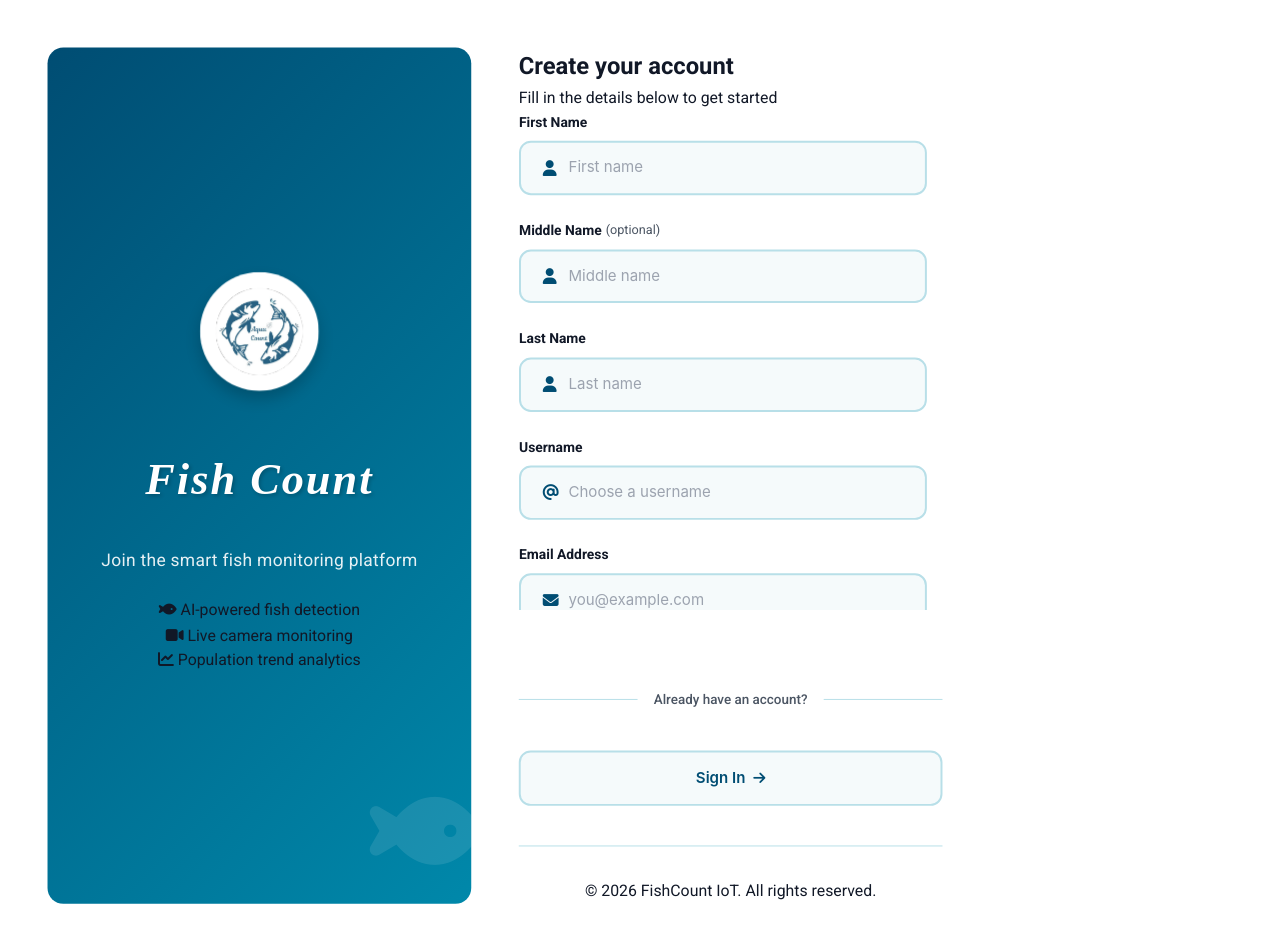
Repository: justinemaesamoranos-sudo/Fish-Counting
Page: http://localhost/register
The author's editor kept a copy of each file at every save. The page is drawn from the files as they stood at one save, then again after the next save.
The browser window is 1280 px wide. The pictures show the whole page, at 99% of full size.
An inner scrolling area shows only its first screen. Some web fonts or font styles are not loaded; a fallback is used. The page is served by the project's Laravel application, run on PHP 8.4 with Laravel 10. Other server files are loaded and not shown.

Above is the page before, as saved 2026-03-26 12:52:24.

### routes/web.php
<?php

use Illuminate\Support\Facades\Route;
use App\Http\Controllers\AuthController;
use App\Http\Controllers\DashboardController;
use App\Http\Controllers\ProfileController;
use App\Http\Controllers\LiveCameraController;
use App\Http\Controllers\FishCountController;

// Default to login
Route::get('/', function () {
    return view('Authentication.login');
});

// Register routes
Route::get('/register', [AuthController::class, 'showRegister'])->name('register');
Route::post('/register', [AuthController::class, 'register'])->name('register.submit');

// Login routes
Route::get('/login', [AuthController::class, 'showLogin'])->name('login');
Route::post('/login', [AuthController::class, 'login'])->name('login.submit');

// Logout route
Route::post('/logout', [AuthController::class, 'logout'])
    ->middleware('auth')
    ->name('logout');

// Protected Dashboard Routes
Route::middleware('auth')->group(function () {

    // Dashboard
    Route::get('/dashboard', [DashboardController::class, 'index'])->name('dashboard');

    // Fish Counts & Reports
    Route::get('/fish-counts', [DashboardController::class, 'fishCounts'])->name('fish-counts');
    Route::post('/fish-counts/delete-all', [DashboardController::class, 'deleteAllData'])->name('fish-counts.delete-all');
    Route::delete('/fish-counts/{id}', [DashboardController::class, 'deleteImage'])->name('fish-counts.delete');
    Route::get('/reports', [DashboardController::class, 'reports'])->name('reports');
    Route::get('/chart-data', [DashboardController::class, 'chartData'])->name('chart-data');
    Route::get('/comparative-analysis', [DashboardController::class, 'comparativeAnalysis'])->name('comparative-analysis');

    // Profile
    Route::get('/profile', [ProfileController::class, 'edit'])->name('profile');
    Route::post('/profile', [ProfileController::class, 'update'])->name('profile.update');

    // Live Camera
    Route::get('/live-camera', [LiveCameraController::class, 'index'])->name('live-camera');

    // Capture button calls controller method
    Route::post('/live-camera/capture', [LiveCameraController::class, 'capture'])->name('live-camera.capture');

});

### app/Http/Controllers/AuthController.php
<?php

namespace App\Http\Controllers;

use Illuminate\Http\Request;
use Illuminate\Support\Facades\Auth;
use Illuminate\Support\Facades\Hash;
use App\Models\User;

class AuthController extends Controller
{
    // Show registration form
    public function showRegister()
    {
        return view('Authentication.register');
    }

    // Handle registration
    public function register(Request $request)
    {
        $data = $request->validate([
            'first_name'  => 'required|string|max:100',
            'middle_name' => 'nullable|string|max:100',
            'last_name'   => 'required|string|max:100',
            'username'    => 'required|string|max:50|unique:users,username',
            'email'       => 'required|email|max:255|unique:users,email',
            'password'    => 'required|string|min:6|confirmed',
        ]);

        User::create([
            'first_name'  => $data['first_name'],
            'middle_name' => $data['middle_name'] ?? null,
            'last_name'   => $data['last_name'],
            'username'    => $data['username'],
            'email'       => $data['email'],
            'password'    => Hash::make($data['password']), // ✅ one-time hash
        ]);

        // Redirect to login after registration
        return redirect()->route('login')->with('success', 'Registration successful! Please log in.');
    }

    // Show login form
    public function showLogin()
    {
        return view('Authentication.login');
    }

    // Handle login
    public function login(Request $request)
    {
        $credentials = $request->validate([
            'email'    => 'required|email',
            'password' => 'required|string',
        ]);

        if (Auth::attempt($credentials, $request->boolean('remember'))) {
            $request->session()->regenerate();
            return redirect()->intended(route('dashboard'));
        }

        return back()
            ->withErrors(['email' => 'Invalid credentials. Please try again.'])
            ->onlyInput('email');
    }

    // Handle logout
    public function logout(Request $request)
    {
        Auth::logout();
        $request->session()->invalidate();
        $request->session()->regenerateToken();
        return redirect()->route('login');
    }
}

### resources/views/Authentication/register.blade.php
<!DOCTYPE html>
<html lang="en">
<head>
    <meta charset="UTF-8">
    <meta name="viewport" content="width=device-width, initial-scale=1.0">
    <title>Create Account — FishCount IoT</title>
    <link rel="icon" type="image/jpg" href="{{ asset('images/logo.jpg') }}">
    <link href="https://fonts.googleapis.com/css?family=Roboto:400,500,700&display=swap" rel="stylesheet">
    <link href="https://fonts.googleapis.com/css2?family=Playfair+Display:ital,wght@1,700;1,900&display=swap" rel="stylesheet">
    <link rel="stylesheet" href="https://cdnjs.cloudflare.com/ajax/libs/font-awesome/6.4.0/css/all.min.css">
    <link href="{{ asset('css/auth.css') }}" rel="stylesheet">
</head>
<body>
    <div class="auth-container">
        <div class="auth-wrapper-split">

            {{-- Left panel --}}
            <div class="auth-welcome-section">
                <div class="logo-container">
                    <img src="{{ asset('images/logo.jpg') }}" alt="FishCount IoT" class="logo">
                </div>
                <h1 class="auth-title">Fish Count</h1>
                <p class="auth-subtitle">Join the smart fish monitoring platform</p>

                <div class="auth-features">
                    <div class="auth-feature">
                        <i class="fas fa-fish"></i>
                        <span>AI-powered fish detection</span>
                    </div>
                    <div class="auth-feature">
                        <i class="fas fa-video"></i>
                        <span>Live camera monitoring</span>
                    </div>
                    <div class="auth-feature">
                        <i class="fas fa-chart-line"></i>
                        <span>Population trend analytics</span>
                    </div>
                </div>

                <div class="welcome-decoration"><i class="fas fa-fish"></i></div>
            </div>

            {{-- Right panel --}}
            <div class="auth-form-section">
                <div class="auth-form-heading">
                    <h2>Create your account</h2>
                    <p>Fill in the details below to get started</p>
                </div>

                @if(session('success'))
                    <div class="alert alert-success">
                        <i class="fas fa-check-circle"></i>
                        <span>{{ session('success') }}</span>
                    </div>
                @endif

                <form method="POST" action="{{ route('register.submit') }}" class="auth-form">
                    @csrf

                    <div class="form__group">
                        <label for="first_name" class="form__label">First Name</label>
                        <div class="input-icon">
                            <input id="first_name" type="text" name="first_name"
                                   placeholder="First name"
                                   value="{{ old('first_name') }}"
                                   class="form__input @error('first_name') input-error @enderror"
                                   required>
                            <i class="fas fa-user"></i>
                        </div>
                        @error('first_name')
                            <div class="error-message"><i class="fas fa-exclamation-circle"></i> {{ $message }}</div>
                        @enderror
                    </div>

                    <div class="form__group">
                        <label for="middle_name" class="form__label">
                            Middle Name <span class="optional">(optional)</span>
                        </label>
                        <div class="input-icon">
                            <input id="middle_name" type="text" name="middle_name"
                                   placeholder="Middle name"
                                   value="{{ old('middle_name') }}"
                                   class="form__input @error('middle_name') input-error @enderror">
                            <i class="fas fa-user"></i>
                        </div>
                        @error('middle_name')
                            <div class="error-message"><i class="fas fa-exclamation-circle"></i> {{ $message }}</div>
                        @enderror
                    </div>

                    <div class="form__group">
                        <label for="last_name" class="form__label">Last Name</label>
                        <div class="input-icon">
                            <input id="last_name" type="text" name="last_name"
                                   placeholder="Last name"
                                   value="{{ old('last_name') }}"
                                   class="form__input @error('last_name') input-error @enderror"
                                   required>
                            <i class="fas fa-user"></i>
                        </div>
                        @error('last_name')
                            <div class="error-message"><i class="fas fa-exclamation-circle"></i> {{ $message }}</div>
                        @enderror
                    </div>

                    <div class="form__group">
                        <label for="username" class="form__label">Username</label>
                        <div class="input-icon">
                            <input id="username" type="text" name="username"
                                   placeholder="Choose a username"
                                   value="{{ old('username') }}"
                                   class="form__input @error('username') input-error @enderror"
                                   required>
                            <i class="fas fa-at"></i>
                        </div>
                        @error('username')
                            <div class="error-message"><i class="fas fa-exclamation-circle"></i> {{ $message }}</div>
                        @enderror
                    </div>

                    <div class="form__group">
                        <label for="email" class="form__label">Email Address</label>
                        <div class="input-icon">
                            <input id="email" type="email" name="email"
                                   placeholder="you@example.com"
                                   value="{{ old('email') }}"
                                   class="form__input @error('email') input-error @enderror"
                                   required>
                            <i class="fas fa-envelope"></i>
                        </div>
                        @error('email')
                            <div class="error-message"><i class="fas fa-exclamation-circle"></i> {{ $message }}</div>
                        @enderror
                    </div>

                    <div class="form__group">
                        <label for="password" class="form__label">Password</label>
                        <div class="input-icon">
                            <input id="password" type="password" name="password"
                                   placeholder="Create a password"
                                   class="form__input @error('password') input-error @enderror"
                                   required>
                            <i class="fas fa-lock"></i>
                        </div>
                        @error('password')
                            <div class="error-message"><i class="fas fa-exclamation-circle"></i> {{ $message }}</div>
                        @enderror
                    </div>

                    <div class="form__group">
                        <label for="password_confirmation" class="form__label">Confirm Password</label>
                        <div class="input-icon">
                            <input id="password_confirmation" type="password" name="password_confirmation"
                                   placeholder="Repeat your password"
                                   class="form__input"
                                   required>
                            <i class="fas fa-lock"></i>
                        </div>
                    </div>

                    <button type="submit" class="btn btn-primary">
                        <span>Create Account</span>
                        <i class="fas fa-arrow-right"></i>
                    </button>
                </form>

                <div class="auth-divider"><span>Already have an account?</span></div>

                <a href="{{ route('login') }}" class="btn btn-secondary">
                    <span>Sign In</span>
                    <i class="fas fa-arrow-right"></i>
                </a>

                <div class="auth-footer">© 2026 FishCount IoT. All rights reserved.</div>
            </div>

        </div>
    </div>
</body>
</html>

Loaded but not shown: app/Http/Controllers/Controller.php (common file); public/css/auth.css (745 lines, source omitted)

After the next save:
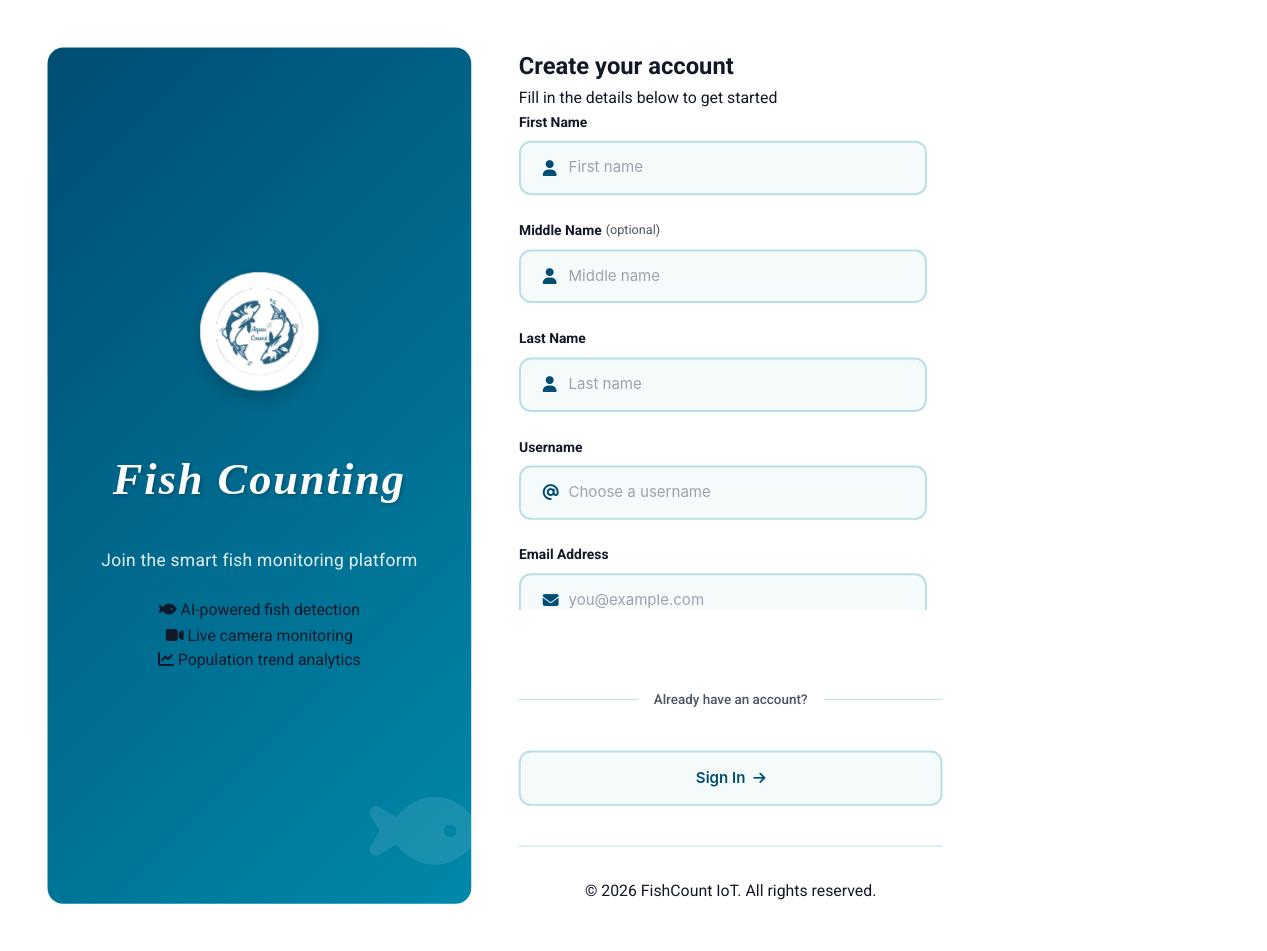
Saved 4 s later.
--- a/resources/views/Authentication/register.blade.php
+++ b/resources/views/Authentication/register.blade.php
@@ -19,7 +19,7 @@
                 <div class="logo-container">
                     <img src="{{ asset('images/logo.jpg') }}" alt="FishCount IoT" class="logo">
                 </div>
-                <h1 class="auth-title">Fish Count</h1>
+                <h1 class="auth-title">Fish Counting</h1>
                 <p class="auth-subtitle">Join the smart fish monitoring platform</p>
 
                 <div class="auth-features">
